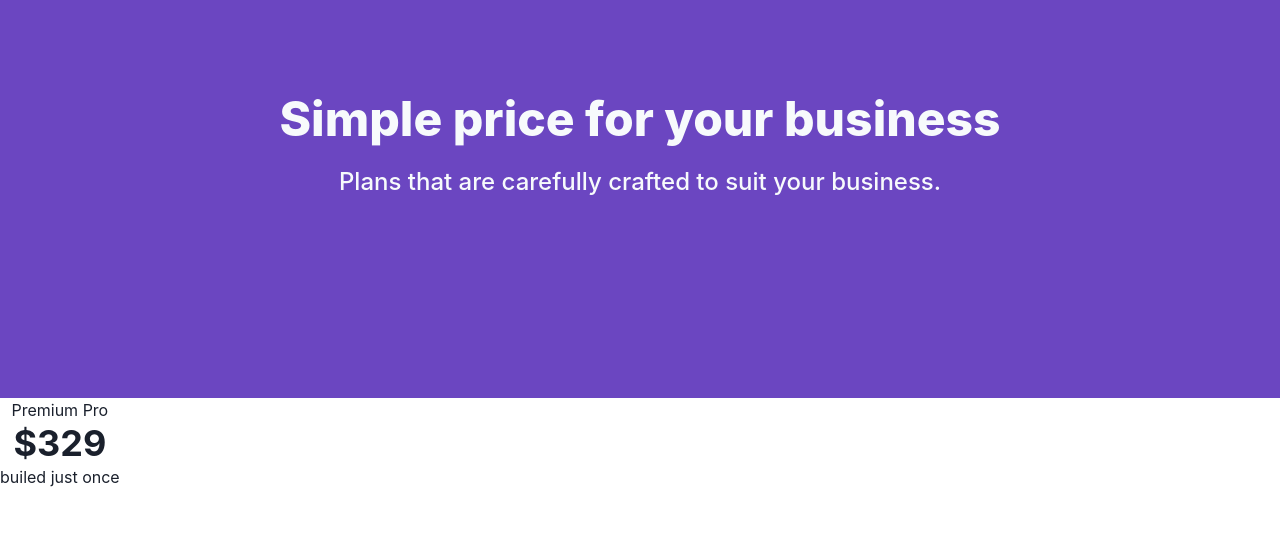
Repository: noutijo/learn-in-depth-chakra-ui
Page: /
These files come from the project's save history. The page is drawn as it stood at one moment and after the next save; the edit follows.
The browser window is 1280 px wide. The pictures show the whole page.
The project was rebuilt for these pictures with package versions that can differ from the ones it lists, and the page was loaded fresh each time. Also part of the build but not shown: vite.config.ts.

Above is the page before, as saved 2023-01-30 15:28:54.

After the next save:
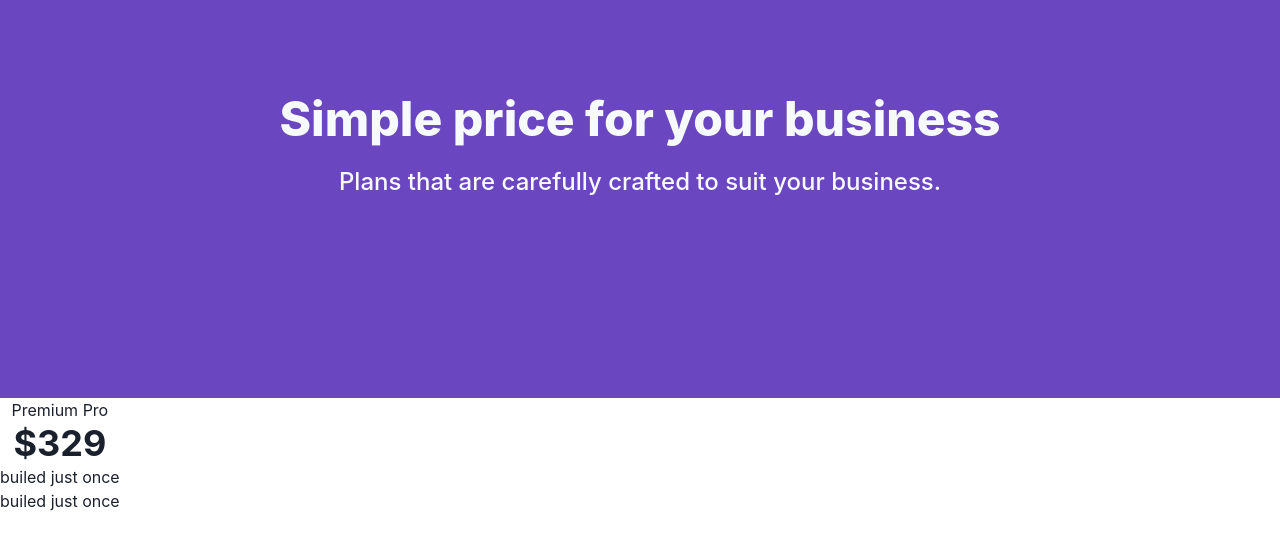
Saved 7 s later.
--- a/src/components/Pricing.tsx
+++ b/src/components/Pricing.tsx
@@ -9,6 +9,7 @@ export function Pricing() {
             <Text>Premium Pro</Text>
             <Heading>$329</Heading>
             <Text>builed just once</Text>
+            <Text>builed just once</Text>
         </Box>
         <Box></Box>
       </Flex>
